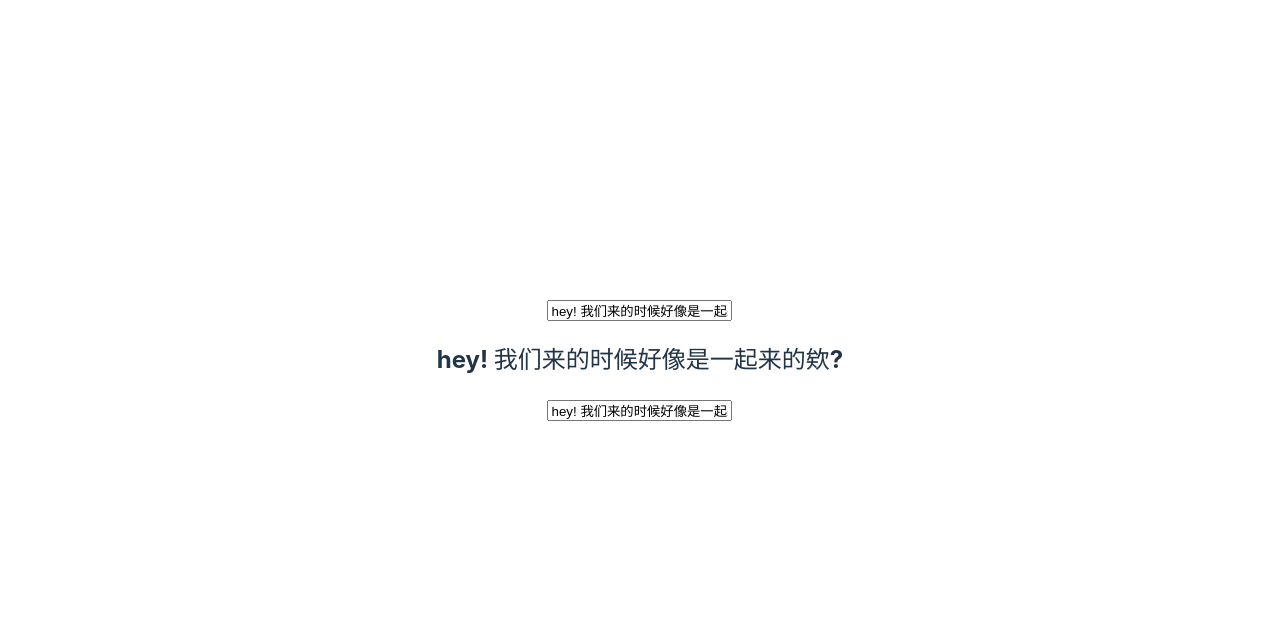
Repository: HyunraDate/NodaEmi
Page: /
The author's editor kept a copy of each file at every save. The page is drawn from the files as they stood at one save, then again after the next save.
The browser window is 1280 px wide. The pictures show the whole page.
The project was rebuilt for these pictures with package versions that can differ from the ones it lists, and the page was loaded fresh each time. Also part of the build but not shown: vite.config.js, src/components/HelloWorld.vue.

Above is the page before, as saved 2023-08-22 13:40:18.

### index.html
<!DOCTYPE html>
<html lang="en">
  <head>
    <meta charset="UTF-8" />
    <link rel="icon" type="image/svg+xml" href="/vite.svg" />
    <meta name="viewport" content="width=device-width, initial-scale=1.0" />
    <title>Vite + Vue</title>
  </head>
  <body>
    <div id="app"></div>
    <script type="module" src="./src/main.js"></script>
  </body>
</html>

### src/main.js
import { createApp } from 'vue'
import './style.css'
import App from './formの双向绑定.vue'

createApp(App).mount('#app')

### src/formの双向绑定.vue
<script>
import HelloWorld from './components/HelloWorld.vue'
//声明式渲染 提高开发效率 formの双向绑定
export default {
  data(){
    return{
      counter:11.12,
      msg:"hey! 我们来的时候好像是一起来的欸?"
    }
  },
  methods: {
    //给vue定义方法
    changeValue(){
      console.log(是啊);
    },

  },
};
</script>

<template>
<!--组件实例的所有property，无论如何定义，都可以在组件的模板中访问-->
  <div>
    <input type="text" v-model="msg">
    <h2>{{ msg }}</h2>
    <!--here就是双向绑定，text都可以改变上面data的msg
    v-model本质上是语法糖，负责监听用户的输入事件来更新数据-->
    <!--v-model原理-->
    <!--本质是两个操作
      1。v-bind绑定一个value属性
      2.v-on给当前元素添加一个input事件
      -->
      <!-- <input type="text" :value="msg"> 这里就绑定了value和msg啦，不绑定就要msg再打一次啦，but不是双向哦-->
      <!--Way2-->
      <input type="text" :value="msg" @input="changeValue">


  </div>
</template>

<style scoped>

</style>

### src/message.vue
<script>
import HelloWorld from './components/HelloWorld.vue'
//计算属性
export default {
  data(){
    return{
      message:"会いたいな しか出ない",
      age:0
    }
  },

  //this指当前组件，根组件

  computed:{ //计算属性 (有依赖值，只要依赖值不变就不会重新计算) hier是简写
    reverseMsg:function(){ //hier reverseMsg依赖下面的message
      return this.message.split('').reverse().join('')
    }

  },
  //每一个计算属性都有getter和setter
  //完整的写法：
  /*
  reverseMsg: {
    get: function(){
      return this.message.split("").reverse().join("");
    },
  }

  */

  methods: {
    reverseMessage:function(){
      return this.message.split('').reverse().join('')
    }

  },
};
</script>

<template>
<!--组件实例的所有property，无论如何定义，都可以在组件的模板中访问-->
  <div>
    <p>{{ message}}</p>
    <!--Way1, JS 表达式，共计算三次-->
    <p>{{ message.split('').reverse().join('')}}</p>
    <p>{{ message.split('').reverse().join('')}}</p>
    <p>{{ message.split('').reverse().join('')}}</p>
    <!--Way2, 计算属性, 不会从新计算，所以只有一次，hier just 结果缓存-->
    <p>{{ reverseMsg }}</p>
    <p>{{ reverseMsg }}</p>
    <p>{{ reverseMsg }}</p>
    <!--Way3, 使用method中的方法-->
    <p>{{ reverseMessage() }}</p>
    <p>{{ reverseMessage()}}</p>
    <p>{{ reverseMessage() }}</p>
    <button @click="message='君よりもっと 素敵なひとも'">change your message</button>
  </div>
</template>

<style>
.logo {
  height: 6em;
  padding: 1.5em;
  will-change: filter;
  transition: filter 300ms;
}

.logo:hover {
  filter: drop-shadow(0 0 2em #646cffaa);
}
.logo.vue:hover {
  filter: drop-shadow(0 0 2em #42b883aa);
}
</style>

Loaded but not shown: src/style.css (common file)

After the next save:
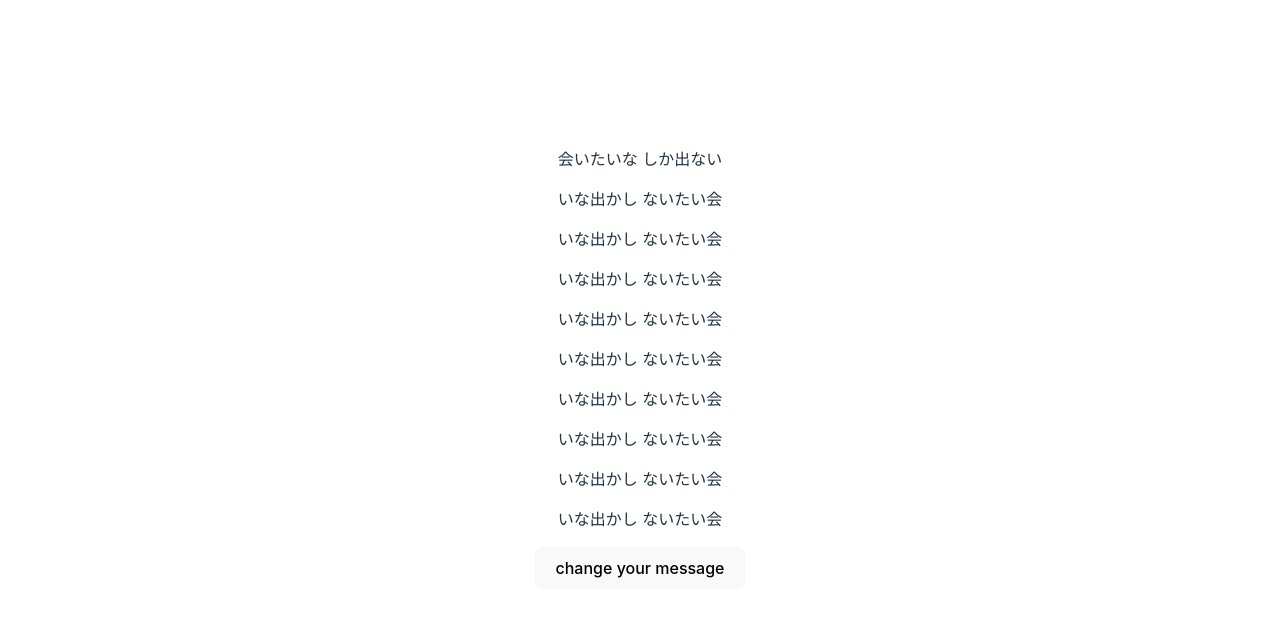
Saved 37 s later.
--- a/src/main.js
+++ b/src/main.js
@@ -1,5 +1,5 @@
 import { createApp } from 'vue'
 import './style.css'
-import App from './formの双向绑定.vue'
+import App from './message.vue'
 
 createApp(App).mount('#app')
